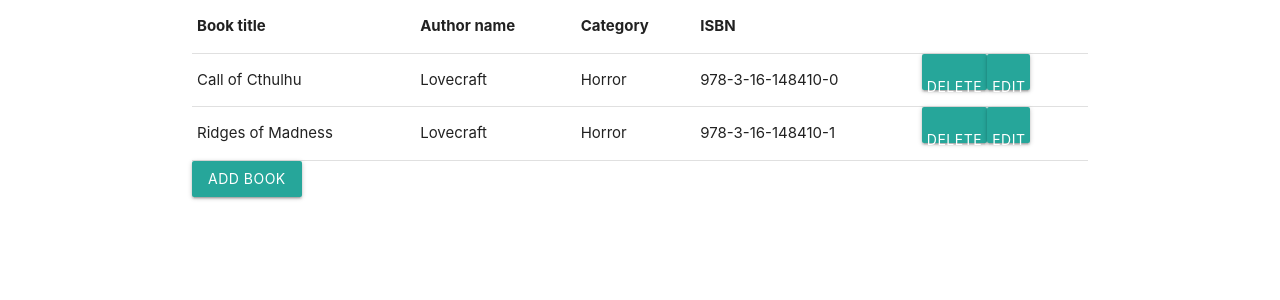
Repository: AlexanderBil/bookShalf
Page: /
An editor plug-in stored every save of this project. The page is shown before and after a run of saves, followed by the edit.
The browser window is 1280 px wide. The pictures show the whole page.
The project was rebuilt for these pictures with package versions that can differ from the ones it lists, and the page was loaded fresh each time. Also part of the build but not shown: src/components/AddBook.js, src/components/Edit.js, src/components/Modal.css.

Above is the page before, as saved 2021-06-27 20:06:57.

After the next 3 saves:
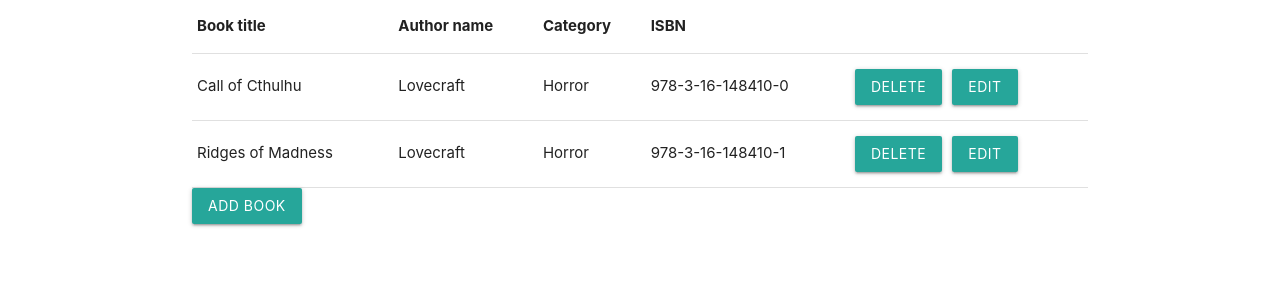
The 3 saves are shown as one change because they came seconds apart.
The last was saved 16 s later.
--- a/src/index.css
+++ b/src/index.css
@@ -8,7 +8,7 @@ body {
 }
 
 .edit, .delete{
-  padding: 15px 5px;
+  margin: 15px 5px;
   display: table-cell;
   text-align: left;
   vertical-align: middle;
